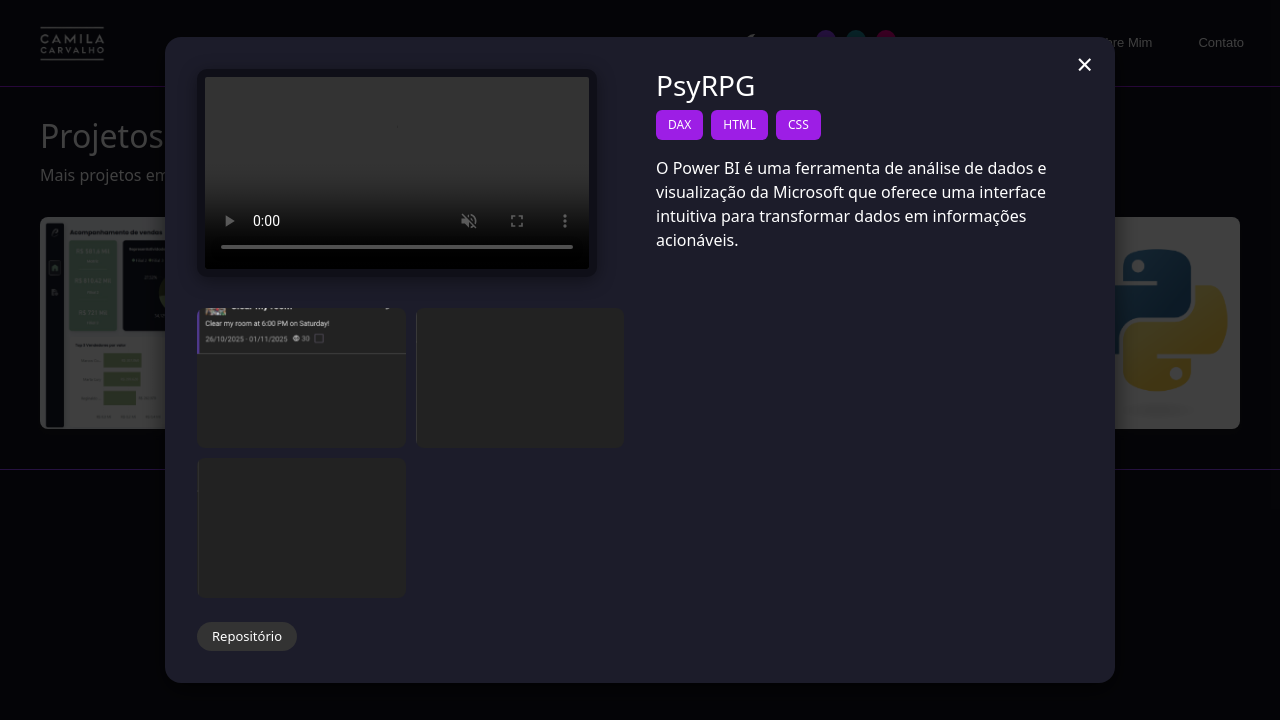
Repository: bycmlla/Portfolio-CamilaAguiar
Page: /#/projects, after clicking the first element matching `div.card-projects`
These files come from the project's save history. The page is drawn as it stood at one moment and after the next save; the edit follows.
The browser window is 1280 px wide. The pictures show the whole page.
Pictures or frames that could not be fetched are drawn as grey boxes. An inner scrolling area shows only its first screen. The project was rebuilt for these pictures with package versions that can differ from the ones it lists, and the page was loaded fresh each time. Also part of the build but not shown: src/components/TypeWriter/TypeWriter.js, src/components/Skills/Skills.css, src/components/SectionTitle/SectionTitle.css, src/components/SectionTitle/SectionTitle.js, src/components/Skills/Skills.js, src/components/Carousel/Carousel.css, src/components/Carousel/Carousel.js, src/components/OverlayContact/OverlayContact.css and 22 more. Imported but missing from the stored project, and not drawn on this page: src/assets/files/curriculo-camila-carvalho.pdf, src/assets/videos/psyrpgvideo.mov.

Above is the page before, as saved 2025-10-26 15:40:28.

### public/index.html
<!DOCTYPE html>
<html lang="en">
  <head>
    <meta charset="utf-8" />
    <link rel="icon" href="./C.png" />
    <meta name="viewport" content="width=device-width, initial-scale=1.0" />
    <meta name="theme-color" content="#000000" />
    <meta
      name="description"
      content="Web site created using create-react-app"
    />
    <link rel="apple-touch-icon" href="%PUBLIC_URL%/logo192.png" />
    <link rel="manifest" href="%PUBLIC_URL%/manifest.json" />
    <title>Camila Carvalho</title>
  </head>
  <body>
    <noscript>You need to enable JavaScript to run this app.</noscript>
    <div id="root"></div>
  </body>
</html>

### src/pages/Projects/Projects.css
.projects-container {
  min-height: 100vh;
  margin: 0;
  color: black;
  background-color: white;
}

.dark-mode-projects {
  background-color: #13131f;
}

.projects-container.color-2291A4 .footer-container {
  border-top: 1px solid #2291a4;
}

.projects-container.color-F10091 .footer-container {
  border-top: 1px solid #f10091;
}

.text-projects {
  margin: 30px 40px;
}

.dark-mode-projects .text-projects {
  color: white;
}

.projects-content {
  display: grid;
  grid-template-columns: repeat(3, 1fr);
  margin: 20px 40px;
  gap: 2%;
}

.card-projects {
  position: relative;
  overflow: hidden;
  width: 100%;
  max-width: 25rem;
  border: none;
  border-radius: 8px;
  box-shadow: 0 4px 6px rgba(0, 0, 0, 0.4);
  margin-bottom: 20px;
  cursor: pointer;
}

.dark-mode-projects .card-projects {
  box-shadow: 0 4px 6px rgba(33, 33, 33, 0.4);
}

.card-projects img {
  width: 100%;
  height: 100%;
  object-fit: cover;
  transition: transform 0.3s ease;
}

.card-projects:hover img {
  transform: scale(1.1);
}

.card-overlay {
  position: absolute;
  top: 0;
  left: 0;
  width: 100%;
  height: 100%;
  display: flex;
  flex-direction: column;
  justify-content: center;
  align-items: center;
  background: linear-gradient(
    to bottom,
    rgba(0, 0, 0, 0.3) 0%,
    rgba(0, 0, 0, 0.95) 100%
  );
  color: white;
  opacity: 0;
  transform: translateY(20px);
  transition: transform 0.8s ease, opacity 0.6s ease;
  padding: 1rem;
  text-align: center;
  box-shadow: 0 8px 24px rgba(0, 0, 0, 0.3);
}

.card-projects.clicked .card-overlay {
  opacity: 1;
  transform: translateY(0);
}

.card-overlay h5 {
  margin-bottom: 0.5rem;
  font-size: clamp(1rem, 2.5vw, 1.3rem);
  text-align: center;
}

.card-overlay p {
  margin-bottom: 1rem;
  font-size: clamp(0.8rem, 2vw, 1rem);
  text-align: center;
}

.card-overlay .button-see {
  font-size: 0.85rem;
  background-color: #9d1ee5;
  color: white;
  border: none;
  padding: 8px 16px;
  border-radius: 4px;
  transition: background-color 0.3s, opacity 0.5s ease;
}

.card-overlay .button-see:hover {
  transform: scale(0.9);
}

.button-see {
  border: none;
  background-color: black;
  color: white;
}

.card-caption {
  padding: 10px;
  background: #f9f9f9;
  text-align: center;
}

.card-caption h5 {
  margin-bottom: 5px;
  font-size: 1rem;
}

.overlay-backdrop {
  position: fixed;
  inset: 0;
  background: rgba(0, 0, 0, 0.75);
  display: flex;
  justify-content: center;
  align-items: center;
  z-index: 2000;
  padding: 2rem;
}

.overlay-content {
  background: #1c1c2a;
  color: #fff;
  border-radius: 16px;
  max-width: 950px;
  width: 95%;
  max-height: 90vh;
  padding: 2rem;
  position: relative;
  box-shadow: 0 8px 25px rgba(0, 0, 0, 0.6);
  overflow-y: auto;
  scrollbar-width: thin;
  scrollbar-color: rgba(255, 255, 255, 0.25) transparent;
  display: flex;
  flex-direction: column;
}

.overlay-content::-webkit-scrollbar {
  width: 3px;
}
.overlay-content::-webkit-scrollbar-thumb {
  background-color: rgba(255, 255, 255, 0.25);
  border-radius: 10px;
}
.overlay-content::-webkit-scrollbar-track {
  background: transparent;
}

.dark-mode-projects .overlay-content {
  background: #1c1c2a;
  color: #fff;
}

.close-btn {
  position: absolute;
  top: 12px;
  right: 16px;
  background: none;
  border: none;
  color: inherit;
  font-size: 1.8rem;
  cursor: pointer;
  line-height: 1;
}

.overlay-body {
  display: flex;
  gap: 2rem;
  justify-content: space-between;
}

.overlay-left {
  flex: 1;
}

.overlay-right {
  flex: 1;
  display: flex;
  flex-direction: column;
  align-items: flex-start;
}

.overlay-left h3 {
  margin-bottom: 1rem;
  font-size: 1.6rem;
}

.language-buttons {
  display: flex;
  flex-wrap: wrap;
  gap: 8px;
  margin-bottom: 1rem;
}

.language-buttons span {
  background: #9d1ee5;
  color: #fff;
  padding: 6px 12px;
  border-radius: 6px;
  font-size: 0.75rem;
}

.projects-container.color-2291A4 .language-buttons span {
  background: #2291a4;
}

.projects-container.color-F10091 .language-buttons span {
  background: #f10091;
}

.overlay-description {
  font-size: 1rem;
  line-height: 1.5;
}

.overlay-image {
  width: 100%;
  height: auto;
  border-radius: 8px;
}

.overlay-video {
  width: 100%;
  max-width: 400px;
  max-height: 260px;
  border-radius: 10px;
  margin-bottom: 15px;
  object-fit: contain;
  background: #0f0f18;
  padding: 8px;
  box-shadow: 0 4px 18px rgba(0, 0, 0, 0.4);
}

.overlay-gallery {
  display: grid;
  grid-template-columns: repeat(auto-fit, minmax(140px, 1fr));
  gap: 10px;
  margin-top: 10px;
}

.gallery-img {
  width: 100%;
  height: 140px;
  object-fit: cover;
  border-radius: 8px;
}

.overlay-buttons {
  display: flex;
  justify-content: flex-start;
  gap: 12px;
  margin-top: 1.5rem;
}

.repo-btn,
.detail-btn {
  padding: 5px 15px;
  border: none;
  border-radius: 20px;
  cursor: pointer;
  transition: transform 0.2s ease, background-color 0.3s ease;
  font-size: 13px;
}

.repo-btn {
  background: #333;
  color: #fff;
}

.detail-btn {
  background: #9d1ee5;
  color: #fff;
}

.projects-container.color-2291A4 .detail-btn {
  background: #2291a4;
}

.projects-container.color-F10091 .detail-btn {
  background: #f10091;
}

.repo-btn:hover,
.detail-btn:hover {
  transform: scale(0.95);
}

.projects-container.color-2291A4 .card-overlay .button-see {
  background-color: #2291a4;
}

.projects-container.color-F10091 .card-overlay .button-see {
  background-color: #f10091;
}

@media (max-width: 480px) {
  .projects-content {
    display: flex;
    flex-direction: column;
    align-items: center;
    gap: 20px;
  }

  .card-projects img {
    width: 100%;
    height: auto;
  }

  .overlay-body {
    display: flex;
    flex-direction: column;
    gap: 1.5rem;
  }
  .card-overlay .button-see {
    font-size: 0.7rem;
    padding: 6px 12px;
  }

  overlay-content {
    padding: 1.2rem;
    max-width: 90%;
  }

  .overlay-content h3 {
    position: sticky;
    top: 0;
    background: inherit;
    padding-top: 0.5rem;
    padding-bottom: 0.5rem;
    margin-bottom: 1rem;
    font-size: 1.6rem;
    z-index: 10;
    border-bottom: 1px solid rgba(255, 255, 255, 0.1);
  }

  .overlay-content p {
    font-size: 0.9rem;
  }

  .overlay-image {
    width: 100%;
    max-width: 250px;
    height: auto;
    border-radius: 8px;
    margin-bottom: 1rem;
  }

  .close-btn {
    position: absolute;
    top: 12px;
    right: 16px;
    background: none;
    border: none;
    color: inherit;
    font-size: 1.8rem;
    cursor: pointer;
    z-index: 20;
  }

  .overlay-left,
  .overlay-right {
    width: 100%;
  }

  .overlay-buttons {
    flex-direction: column;
    gap: 10px;
  }

  .language-buttons {
    justify-content: center;
  }
}

@keyframes fadeIn {
  from {
    opacity: 0;
    transform: scale(0.97);
  }

  to {
    opacity: 1;
    transform: scale(1);
  }
}

### src/pages/Projects/SubPages/Dashboards/Dashboards.css
@import url("https://fonts.googleapis.com/css2?family=Istok+Web:ital,wght@0,400;0,700;1,400;1,700&family=Poppins:ital,wght@0,100;0,200;0,300;0,400;0,500;0,600;0,700;0,800;0,900;1,100;1,200;1,300;1,400;1,500;1,600;1,700;1,800;1,900&display=swap");

.text-ini {
  text-align: center;
  margin: 0 auto;
  max-width: 800px;
  font-size: 20px;
  font-family: "Poppins", sans-serif;
}

.dashboard-container {
  background-color: white;
  color: black;
}
.text-ini span {
  color: #f2c812;
}
.container-dashboards {
  display: flex;
  flex-wrap: wrap;
  justify-content: center;
  align-items: center;
  min-height: 100vh;
  margin: 3% 15% 0 15%;
}
.card-item {
  flex: 1 1 calc(25% - 10px);
  box-sizing: border-box;
  border: none;
  display: flex;
  justify-content: center;
  align-items: center;
  margin: 5px;
}

.card-img-top-dash {
  width: 100%;
  height: auto;
  object-fit: cover;
  border-radius: 0;
  padding: 0;
  animation: fade-in 3s;
}

.card-img-top-dash:hover {
  transform: scale(1.1);
}

.dark-mode-dashboards {
  background-color: #13131f;
}

.dark-mode-dashboards .card-item {
  background-color: #13131f;
}
.dark-mode-dashboards .text-ini {
  color: white;
}



@media (max-width: 480px) {

  .text-ini {
    font-size: 10px;
    text-align: center;
    max-width: 300px;
  }
}

### src/pages/Projects/SubPages/Dashboards/DashboardsSubPages/DashboardPage.css
@import url("https://fonts.googleapis.com/css2?family=Istok+Web:ital,wght@0,400;0,700;1,400;1,700&family=Poppins:ital,wght@0,100;0,200;0,300;0,400;0,500;0,600;0,700;0,800;0,900;1,100;1,200;1,300;1,400;1,500;1,600;1,700;1,800;1,900&display=swap");

.dashboard-page-container {
  display: flex;
  flex-direction: column;
  align-items: center;
  justify-content: center;
  min-height: 100vh;
  padding: 15px;
  background-color: white;
}
.dashboard-title {
  margin-bottom: 20px;
  text-align: center;
  font-family: "Poppins", sans-serif;
  font-size: 35px;
}

.back-icon {
  cursor: pointer;
  position: absolute;
  top: 100px;
  left: 30px;
  color: black;
  font-size: 24px;
}

.dark-mode-dashboards .back-icon {
  color: white;
}

.dashboard-iframe {
  width: 100%;
  height: 100vh;
  border: none;
  margin-bottom: 20px;
}

.dark-mode-dashboards .dashboard-page-container {
  background-color: #13131f;
}

.dark-mode-dashboards .dashboard-title {
  color: white;
}

@media (max-width: 480px) {
  .dashboard-iframe {
    width: 100%;
    height: 29vh;
  }

  .dashboard-title {
    font-size: 20px;
    margin-bottom: 50px;
  }


}

### src/pages/Blog/Blog.css
/* ===== Projects Container ===== */
.projects-container {
    min-height: 100vh;
    margin: 0;
  }

  .dark-mode-projects {
    background-color: #13131f;
  }

  .dark-mode-projects .card-projects{
    box-shadow: 0 4px 6px rgba(33, 33, 33, 0.4);
  }

  /* ===== Text Projects Section ===== */
  .text-projects {
    margin: 30px 40px;
  }

  .dark-mode-projects .text-projects {
    color: white;
  }

  /* ===== Projects Content Grid ===== */
  .projects-content {
    display: grid;
    grid-template-columns: repeat(3, 1fr);
    margin: 20px 40px;
    gap: 2%;
  }

  /* ===== Project Card Styles ===== */
  .card-projects {
    position: relative;
    overflow: hidden;
    width: 100%;
    max-width: 25rem;
    border: none;
    border-radius: 8px;
    box-shadow: 0 4px 6px rgba(0, 0, 0, 0.4);
    margin-bottom: 20px;
  }

  /* ===== Card Image Styles ===== */
  .card-projects img {
    width: 100%;
    height: 100%;
    object-fit: cover;
    transition: transform 0.3s ease;
  }

  .card-projects:hover img {
    transform: scale(1.1);
  }

  /* ===== Card Overlay Styles ===== */
  .card-overlay {
    position: absolute;
    bottom: 0;
    left: 0;
    width: 100%;
    height: 100%;
    display: flex;
    flex-direction: column;
    justify-content: flex-end;
    align-items: center;
    background: linear-gradient(to bottom, rgba(0, 0, 0, 0.3) 0%, rgba(0, 0, 0, 0.95) 100%); /* Mais escuro e menos transparente no início */
    color: white;
    opacity: 0;
    transform: translateY(20px);
    transition: transform 0.8s ease, opacity 0.6s ease;
    padding: 1rem;
    text-align: center;
    box-shadow: 0 8px 24px rgba(0, 0, 0, 0.3);
  }

  .card-projects:hover .card-overlay {
    opacity: 1;
    transform: translateY(0);
  }

  .card-overlay h5 {
    margin-bottom: 0.5rem;
    font-size: 1.2rem;
    text-align: center;
    transition: opacity 0.5s ease;
  }

  .card-overlay p {
    margin-bottom: 1rem;
    font-size: 0.9rem;
    text-align: center;
    transition: opacity 0.5s ease;
  }

  .card-overlay .button-see {
    font-size: 0.85rem;
    background-color: #9d1ee5;
    color: white;
    border: none;
    padding: 8px 16px;
    border-radius: 4px;
    transition: background-color 0.3s, opacity 0.5s ease;
  }

  .projects-container.color-2291A4 .card-overlay .button-see {
    background-color: #2291A4;
  }

  .projects-container.color-F10091 .card-overlay .button-see {
    background-color: #F10091;
  }

  .card-overlay .button-see:hover {
    transform: scale(0.9);
  }


  .projects-container.color-2291A4 .my-navbar {
    border-bottom: 1px solid #2291a4;
  }
  .projects-container.color-F10091 .my-navbar {
    border-bottom: 1px solid #F10091;
  }


  /* ===== Button Styles ===== */
  .button-see {
    border: none;
    background-color: black;
    color: white;
  }

  /* ===== Responsiveness ===== */
  @media (max-width: 480px) {
    .projects-content {
      display: flex;
      flex-direction: column;
      align-items: center;
      gap: 20px; /* Espaçamento entre os cards */
    }

    .card-projects {
      width: 90%; /* Reduz o tamanho do card para ocupar 90% da largura */
      max-width: 20rem; /* Define um limite máximo para o tamanho */
      margin: 0 auto; /* Centraliza os cards */
    }

    .card-projects img {
      width: 100%; /* Garante que a imagem respeite o tamanho do card */
      height: auto;
    }
  }

### src/components/Soon/Soon.css
body {
  margin: 0;
  padding: 0;
  background: #13131f;
}

.soon-ring {
  position: absolute;
  top: 50%;
  left: 50%;
  transform: translate(-50%, -50%);
  width: 300px;
  height: 300px;
  background: transparent;
  border: 3px solid #3c3c3c;
  border-radius: 50%;
  text-align: center;
  line-height: 300px;
  font-family: sans-serif;
  font-size: 20px;
  color: #9d1ee5;
  letter-spacing: 4px;
  text-transform: uppercase;
  text-shadow: 0 0 10px #9d1ee5;
  box-shadow: 0 0 20px rgba(0, 0, 0, 0.5);
}

.soon-ring::before {
  content: '';
  position: absolute;
  top: -3px;
  left: -3px;
  width: 100%;
  height: 100%;
  border: 3px solid transparent;
  border-top: 3px solid #9d1ee5;
  border-right: 3px solid #9d1ee5;
  border-radius: 50%;
  animation: soon-animateC 2s linear infinite;
}

.soon-pointer {
  display: block;
  position: absolute;
  top: calc(50% - 2px);
  left: 50%;
  width: 50%;
  height: 4px;
  background: transparent;
  transform-origin: left;
  animation: soon-animate 2s linear infinite;
}

.soon-pointer::before {
  content: '';
  position: absolute;
  width: 16px;
  height: 16px;
  border-radius: 50%;
  background: #9d1ee5;
  top: -6px;
  right: -8px;
  box-shadow: 0 0 20px #9d1ee5;
}

@keyframes soon-animateC {
  0% {
    transform: rotate(0deg);
  }
  100% {
    transform: rotate(360deg);
  }
}

@keyframes soon-animate {
  0% {
    transform: rotate(45deg);
  }
  100% {
    transform: rotate(405deg);
  }
}

### src/components/TypeWriter/TypeWriter.css
@import url("https://fonts.googleapis.com/css2?family=Open+Sans:wght@300&display=swap");

.write-machine {
  font-size: 40px;
  font-weight: bold;
  font-family: "Open Sans", sans-serif;
  color: #000000;
  display: inline-block;
  margin: 100px 0 10px 0;
  min-height: 60px;
  white-space: pre-line;
}

### src/components/Footer/Footer.css
.footer-container {
  background-color: #13131F;
  color: white;
  border-top: 1px solid#9747FF;
  font-size: 10px;
  font-family: arial;
  padding: 10px 0;
  text-align: center;
  left: 0;
  bottom: 0;
  width: 100%;
  z-index: 1;
}

### src/components/NavBar/NavBar.css
.my-navbar {
  opacity: 0;
  transition: opacity 1.2s ease-in-out, top 1s ease-in-out;
  top: 0;
  display: flex;
  justify-content: space-between;
  align-items: center;
  background-color: #ffffff;
  font-family: Arial, Helvetica, sans-serif;
  box-shadow: 0px 1px 1px rgba(0, 0, 0, 0.1);
  border-bottom: #9d1ee5 1px solid;
  z-index: 1;
  padding: 0;
}

.my-navbar.active {
  opacity: 1;
}

.button-contact-navbar {
  background-color: transparent;
  text-decoration: none;
  color: #333;
  font-size: 13px;
  cursor: pointer;
  border: none;
}

.hamburger-icon {
  display: none;
  cursor: pointer;
  flex-direction: column;
  gap: 5px;
  position: absolute;
  top: 20px;
  right: 20px;
  padding-top: 10px;
}

.hamburger-icon div {
  width: 30px;
  height: 3px;
  background-color: #333;
  transition: transform 0.3s ease-in-out;
}

.my-navbar.active-menu .nav-links {
  list-style: none;
  display: flex;
  gap: 40px;
  margin: 30px;
}

.my-navbar .navbar-brand {
  display: flex;
  align-items: center;
  height: 100%;
}

.my-navbar .logo {
  display: flex;
  align-items: center;
  justify-content: center;
  margin: 0;
  margin-left: 30px;
}

.my-navbar .logo img {
  width: 80px;
  max-height: 100%;
  display: block;
}

.my-navbar .nav-links {
  list-style: none;
  display: flex;
  gap: 40px;
  margin: 30px;
}

.my-navbar .nav-links li a {
  text-decoration: none;
  color: #333;
  font-size: 13px;
  cursor: pointer;
}

.my-navbar .nav-links li a:hover {
  color: #ffd700;
}

.my-navbar .dark-mode-icon {
  cursor: pointer;
}

.color-button {
  width: 20px;
  height: 20px;
  border-radius: 50%;
  margin-left: 10px;
  border: none;
  cursor: pointer;
  transition: transform 0.2s ease;
}

.color-palette {
  gap: 10px;
}

.color-button:hover {
  transform: scale(1.2);
}

.dark-mode {
  background-color: #13131f;
  color: #ffffff;
}

.dark-mode.my-navbar {
  background-color: #13131f;
}

.dark-mode.my-navbar .button-contact-navbar {
  color: white;
}

.dark-mode.my-navbar .nav-links li a {
  color: #ffffff;
}

.dark-mode.my-navbar .dark-mode-icon:hover {
  color: #ffd700;
}

.dark-mode.my-navbar .hamburger-icon div {
  background-color: white;
}

.dark-mode.my-navbar .contact-button-navbar {
  color: white;
}

@media (max-width: 480px) {
  .my-navbar {
    flex-direction: column;
    align-items: flex-start;
    padding: 15px 0 0 15px;
    position: relative;
  }

  .my-navbar .logo {
    margin-left: 0;
    margin-bottom: 20px;
  }

  .my-navbar .nav-links {
    display: none;
  }

  .my-navbar.active-menu .nav-links {
    display: flex;
    flex-direction: column;
    gap: 20px;
    margin: 10px 0;
    padding: 0;
    width: 100%;
    align-items: center;
  }

  .my-navbar.active-menu .nav-links > li.color-palette {
    display: flex;
    flex-direction: row;
    gap: 10px;
    margin-top: 10px;
    margin-bottom: 10px;
    width: 100%;
    justify-content: center;
    align-items: center;
  }

  .my-navbar.active-menu .nav-links > li.color-palette .color-button {
    width: 10px;
    height: 10px;
    min-width: 20px;
    min-height: 20px;
    border-radius: 50%;
    flex-shrink: 0;
  }

  .my-navbar.active-menu .nav-links > li:first-child:not(.color-palette) {
    width: 100%;
    display: flex;
    justify-content: center;
  }

  .my-navbar.active-menu .nav-links li a {
    font-size: 16px;
    text-align: center;
  }

  .hamburger-icon {
    display: flex;
    order: -1;
    width: auto;
    justify-content: center;
    position: absolute;
    top: 20px;
    right: 20px;
  }

  .my-navbar.active-menu .logo {
    order: -2;
  }

  .my-navbar.active-menu .nav-links {
    order: 1;
  }

  .hamburger-icon.active div:nth-child(1) {
    transform: rotate(45deg) translate(5.1px, 5.1px);
  }

  .hamburger-icon.active div:nth-child(2) {
    opacity: 0;
  }

  .hamburger-icon.active div:nth-child(3) {
    transform: rotate(-45deg) translate(5.1px, -5.1px);
  }
}

Loaded but not shown: src/index.js (common file); src/index.css (common file); src/reportWebVitals.js (common file); src/pages/Projects/Projects.js (237 lines, source omitted); src/components/NavBar/NavBar.js (102 lines, source omitted); src/config/routes.js (51 lines, source omitted); src/contexts/ThemeContext.js (28 lines, source omitted); src/contexts/ColorContext.js (21 lines, source omitted); src/components/Footer/Footer.js (12 lines, source omitted); src/pages/Home/Home.css (693 lines, source omitted); src/pages/Projects/SubPages/Angular/Angular.css (no stored copy; drawn as an empty file); src/pages/Projects/SubPages/Angular/RoomRover/RoomRover.css (no stored copy; drawn as an empty file); src/pages/Projects/SubPages/Dashboards/Tutorial/Tutorial.css (no stored copy; drawn as an empty file)

After the next save:
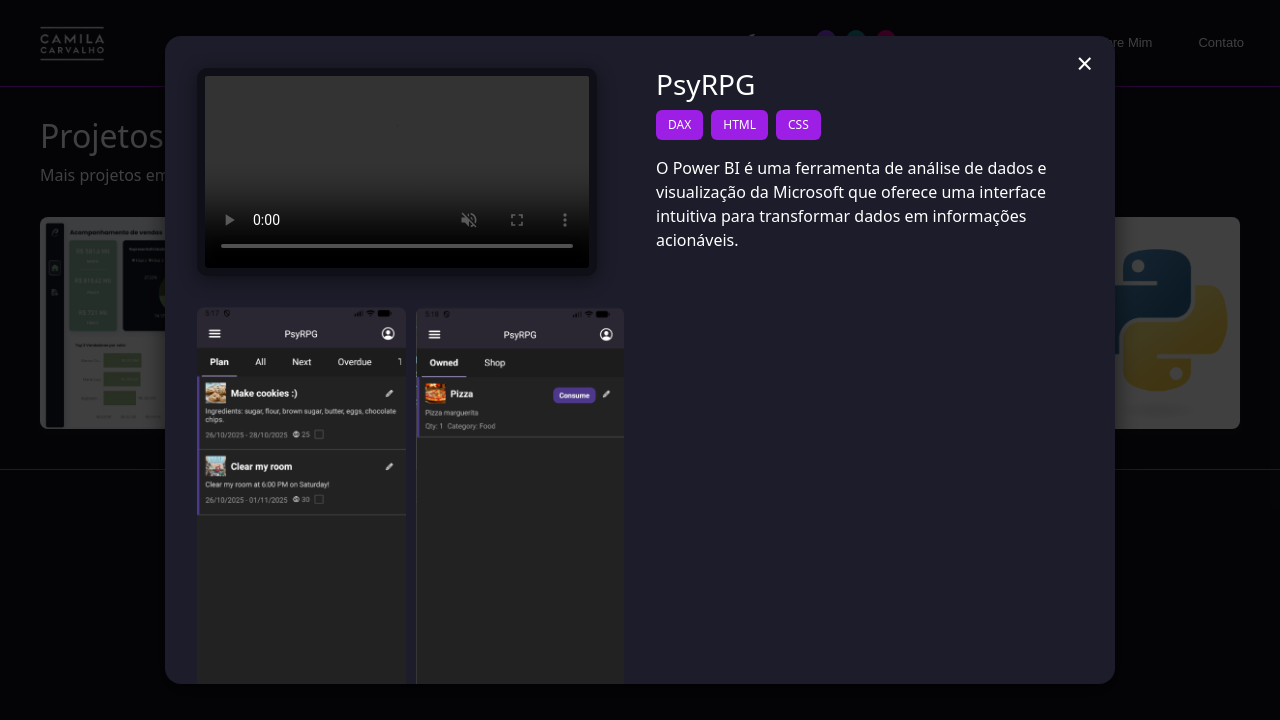
Saved 4 s later.
--- a/src/pages/Projects/Projects.css
+++ b/src/pages/Projects/Projects.css
@@ -264,7 +264,6 @@
 
 .gallery-img {
   width: 100%;
-  height: 140px;
   object-fit: cover;
   border-radius: 8px;
 }
